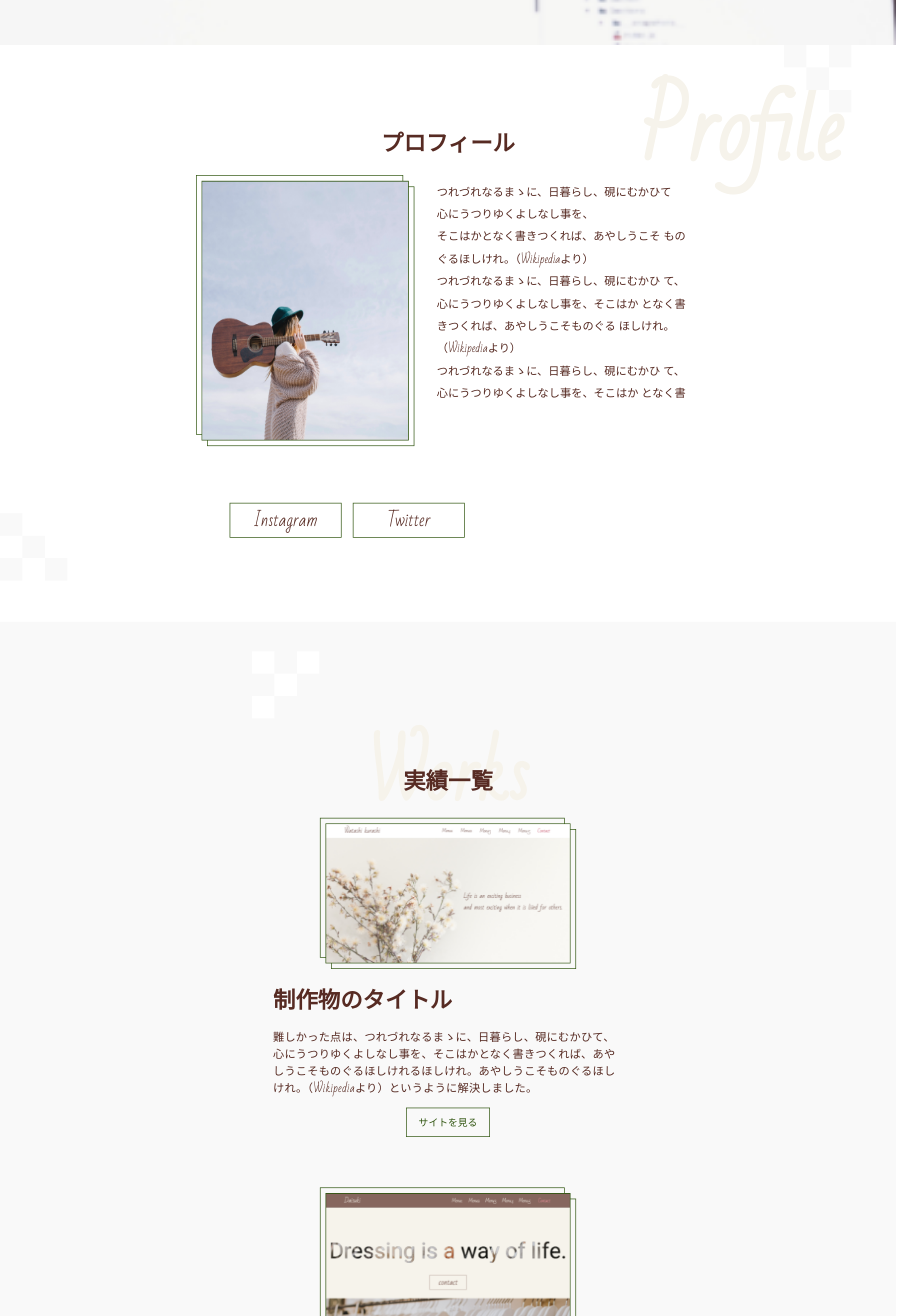
Repository: ppmp556/igarashi.kakuu
Page: index.html
An editor plug-in stored every save of this project. The page is shown before and after the next save, followed by the edit.
The browser window is 1280 px wide. The page is 1286 px wide, so the pictures cover 1286 px, including what lies to the right of the window. The pictures show the part of the page from y = 736 to 2616 px (the page is 5510 px tall before and 5764 px after), at 70% of full size.
Some web libraries are served in a nearby version. The style sheet was rebuilt from its Sass, Less or Tailwind sources for each picture, by a compiler version that may differ from the author's.

Above is the page before, as saved 2020-11-05 12:14:51.

### index.html
<!DOCTYPE html>
<html lang="ja">
    <head>
        <meta charset="UTF-8">
        <meta name="viewport" content="width=device-width, initial-scale=1.0, maximum-scale=1.0, minimum-scale=1.0">
        <link rel="stylesheet" href="faundation.css" type="text/css">
        <link rel="stylesheet" href="css/style.css" type="text/css">
        <link href="https://use.fontawesome.com/releases/v5.6.1/css/all.css" rel="stylesheet">
        <link href="https://fonts.googleapis.com/css?family=Bad+Script" rel="stylesheet">
        <link href="https://fonts.googleapis.com/css?family=Sawarabi+Gothic" rel="stylesheet">
        <link rel="img" href="image">
        <title>架空LP</title>

    </head>
    <body>

    <div class="container">
        <header class="header">
            <h1 class="header_ttl">
                <a href="index.html" class="header_link">My Portfolio</a><!-- /.header_link -->
            </h1><!-- /.header_ttl -->
            <nav class="nav">
                <div class="nav_wrapper" id="nav_lists">
                    <!-- ハンバーガーメニュー部分 -->
                    <div class="toggle_btn" id="nav_toggler">
                        <span class="toggle_line __tg1"></span>
                        <span class="toggle_line __tg2"></span>
                        <span class="toggle_line __tg3"></span>
                    </div>
                    <!-- ハンバーガーメニューここまで -->
                </div>
                <ul class="nav_list flex">
                    <li class="nav_item">
                        <a href="#" class="nav_link">Profile<span class="nav_sp">プロフィール</a><!-- /.nav_link -->
                    </li><!-- /.nav_item -->
                    <li class="nav_item">
                        <a href="#" class="nav_link">Works<span class="nav_sp">実績一覧</a><!-- /.nav_link -->
                    </li><!-- /.nav_item -->
                    <li class="nav_item">
                        <a href="#" class="nav_link">Skill<span class="nav_sp">スキル</a><!-- /.nav_link -->
                    </li><!-- /.nav_item -->
                    <li class="nav_item">
                        <a href="#" class="nav_link">Contact<span class="nav_sp">お問い合わせ</a><!-- /.nav_link -->
                    </li><!-- /.nav_item -->
                </ul><!-- /.nav_list -->
            </nav><!-- /.nav -->
        </header><!-- /.header -->

        <div class="kv">
            <div class="kv_txtbox">
                <p class="kv_txt">I love this job from the bottom of my heart.</p><!-- /.kv_txt -->
                <p class="kv_txt __subtxt">私はこの仕事が大好きだ</p><!-- /.kv_txt -->
            </div><!-- /.kv_txtbox -->
            <div class="contact_box">
                <a href="#" class="contact_link">Contact</a><!-- /.contact_link -->
            </div><!-- /.contact_box -->
        </div><!-- /.kv -->
        <main>
            <div class="inner">

                <section class="prof" id="prof">
                    <div class="section_ttlbox">
                        <h2 class="prof_ttl">プロフィール</h2><!-- /.prof_ttl -->
                        <!-- <span class="prof_sub">Profile</span> -->
                    </div><!-- /.section_ttlbox -->
                    <div class="prof_inner">
                            <div class="prof_imgbox">
                                <img src="images/profile/profile.png" alt="#" class="prof_img">
                            </div><!-- /.prof_imgbox -->
                            <p class="prof_txt">
                                つれづれなるまゝに、日暮らし、硯にむかひて<br>
                                心にうつりゆくよしなし事を、<br>
                                そこはかとなく書きつくれば、あやしうこそ
                                ものぐるほしけれ。（Wikipediaより）<br>
                                つれづれなるまゝに、日暮らし、硯にむかひ
                                て、心にうつりゆくよしなし事を、そこはか
                                となく書きつくれば、あやしうこそものぐる
                                ほしけれ。（Wikipediaより）<br>
                                つれづれなるまゝに、日暮らし、硯にむかひ
                                て、心にうつりゆくよしなし事を、そこはか
                                となく書
                            </p><!-- /.prof_txt -->
                        </div><!-- /.prof_inner -->
                            <div class="section_btnbox">
                                <div class="flex">
                                    <div class="site_btn">
                                        <a href="#" class="site_link">Instagram</a>
                                    </div><!-- /.site_btn -->
                                    <div class="site_btn">
                                        <a href="#" class="site_link">Twitter</a>
                                    </div><!-- /.site_btn -->
                                </div><!-- /.flex -->
                            </div><!-- /.section_btnbox -->
                </section><!-- /#prof.prof -->

                <section class="work" id="work">
                    <div class="work_inner">

                        <div class="section_ttlbox">
                            <h2 class="work_ttl">実績一覧</h2><!-- /.work_ttl -->
                            <!-- <span class="work_sub">Works</span> -->
                        </div><!-- /.section_ttlbox -->
                        <div class="work_container">
                            <ul class="work_list">
                                <li class="work_item">
                                    <div class="work_imgbox">
                                        <img src="images/work1/work1.png" alt="" class="work_img">
                                    </div><!-- /.work_imgbox -->
                                    <div class="work_content">
                                        <div class="work_txtbox">
                                            <h3 class="work_minttl ">制作物のタイトル</h3><!-- /.work_minttl -->
                                            <p class="work_txt">
                                                難しかった点は、つれづれなるまゝに、日暮らし、硯にむかひて、心にうつりゆくよしなし事を、そこはかとなく書きつくれば、あやしうこそものぐるほしけれるほしけれ。あやしうこそものぐるほしけれ。（Wikipediaより）というように解決しました。
                                            </p><!-- /.work_txt -->
                                        </div><!-- /.work_txtbox -->
                                        <div class="site_btn">
                                            <a href="#" class="site_link">サイトを見る</a>
                                        </div><!-- /.site_btn -->
                                    </div><!-- /.work_content -->
                                </li><!-- /.work_item -->
                                <li class="work_item">
                                    <div class="work_imgbox">
                                        <img src="images/work2/work2.png" alt="" class="work_img">
                                    </div><!-- /.work_imgbox -->
                                    <div class="work_content">
                                        <div class="work_txtbox">
                                            <h3 class="work_minttl">制作物のタイトル制作物のタイトルタイトル</h3><!-- /.work_minttl -->
                                            <p class="work_txt">
                                                難しかった点は、つれづれなるまゝに、日暮らし、硯にむかひて、心にうつりゆくよしなし事を、そこはかとなく書きつくれば、あやしうこそものぐるほしけれるほしけれ。あやしうこそものぐるほしけれ。（Wikipediaより）というように解決しました。
                                            </p><!-- /.work_txt -->
                                        </div><!-- /.work_txtbox -->
                                        <div class="site_btn">
                                            <a href="#" class="site_link">サイトを見る</a>
                                        </div><!-- /.site_btn -->
                                    </div><!-- /.work_content -->
                                </li><!-- /.work_item -->
                                <li class="work_item">
                                    <div class="work_imgbox">
                                        <img src="images/work3/work3.png" alt="" class="work_img">
                                    </div><!-- /.work_imgbox -->
                                    <div class="work_content">
                                        <div class="work_txtbox">
                                            <h3 class="work_minttl">制作物のタイトル</h3><!-- /.work_minttl -->
                                            <p class="work_txt">
                                                難しかった点は、つれづれなるまゝに、日暮らし、硯にむかひて、心にうつりゆくよしなし事を、そこはかとなく書きつくれば、あやしうこそものぐるほしけれるほしけれ。あやしうこそものぐるほしけれ。（Wikipediaより）というように解決しました。
                                            </p><!-- /.work_txt -->
                                        </div><!-- /.work_txtbox -->
                                        <div class="site_btn">
                                            <a href="#" class="site_link">サイトを見る</a>
                                        </div><!-- /.site_btn -->
                                    </div><!-- /.work_content -->
                                </li><!-- /.work_item -->
                            </ul><!-- /.work_list -->
                        </div><!-- /.work_imgbox -->
                    </div><!-- /.work_inner -->
                </section><!-- /#work.work -->

                <section class="skill" id="skill">
                    <div class="section_ttlbox">
                        <h2 class="skill_ttl">スキル</h2><!-- /.skill_ttl -->
                        <!-- <span class="skill_sub">Skill</span> -->
                    </div><!-- /.section_ttlbox -->
                    <div class="skill_inner">
                        <div class="skill_txtbox">
                            <p class="skill_txt">
                                つれづれなるまゝに、日暮らし、硯にむかひて、<br>
                                心にうつりゆくよしなし事を、そこはかとなく書きつくれば、あや<br>
                                しうこそものぐるほしけれ。（Wikipediaより）<br>
                                つれづれなるまゝに、日暮らし、硯にむかひて、心にうつりゆくよ<br>
                                しなし事を、そこはかとなく書きつくれば、あやしうこそものぐる<br>
                                ほしけれ。（Wikipediaより）
                            </p><!-- /.skill_txt -->
                        </div><!-- /.skill_txtbox -->
                        <div class="skill_listbox flex">
                            <div class="skill_imgbox">
                                <img src="images/1544078499/1544078499.png" alt="" class="skill_img">
                            </div><!-- /.skill_imgbox -->
                            <ul class="skill_list">
                                <li class="skill_item">□ HTML/CSS</li><!-- /.skill_item -->
                                <li class="skill_item">□ Sass</li><!-- /.skill_item -->
                                <li class="skill_item">□ JavaScript</li><!-- /.skill_item -->
                                <li class="skill_item">□ Jquery</li><!-- /.skill_item -->
                                <li class="skill_item">□ PHP</li><!-- /.skill_item -->
                                <li class="skill_item">□ Photoshop</li><!-- /.skill_item -->
                                <li class="skill_item">□ illustrator</li><!-- /.skill_item -->
                                <li class="skill_item">□ adobe Xd</li><!-- /.skill_item -->
                            </ul><!-- /.skill_list -->
                        </div><!-- /.skill_listbox -->
                    </div><!-- /.skill_inner -->
                </section><!-- /#skill.skii -->

                <section class="contact" id="contact">
                    <div class="section_ttlbox">
                        <h2 class="contact_ttl">お問い合わせ</h2><!-- /.contact_ttl -->
                        <!-- <span class="contact_sub">Contact</span> -->
                    </div><!-- /.section_ttlbox -->
                    <form action="#" class="contact_form">
                        <div class="contact_inner">
                            <div class="form ord1">
                                <div class="form2">

                                    <label for="email" class="form_ttl">E-mail</label>
                                    <input type="email" class="form_box" name="your-E-mail" placeholder="your E-maill">
                                </div>
                            </div>
                            <div class="form ord2">
                                <div class="form2">
                                        <label for="name" class="form_ttl">Name</label>
                                        <input type="text" class="form_box" name="your name" placeholder="your name">

                                </div>
                            </div>
                            <div class="form ord3">
                                <div class="form2">
                                    <label for="subject" class="form_ttl">Subject</label>
                                    <input type="subject" class="form_box" name="message-title" placeholder="message-title">
                                </div>
                            </div>
                            <div class="form ord4">
                                <div class="form2">
                                    <label for="message" class="form_ttl">Message</label>
                                    <textare name="contents" class="form_area" name="contents" placeholder="contents" rows="4" cols="40"></textare>
                                </div>
                            </div>
                        </div><!-- /.contact_inner -->
                    </form>
                    <div class="contact_btnbox">
                        <input type="submit" value="Post it" class="contact_btn">
                    </div>
                </section><!-- /#contact.contact -->
            </div><!-- /.inner -->

        </main>


        <footer class="footer">
            <div class="footer_inner">
                <div class="footer_sharbox">
                    <ul class="footer_sharelist">
                        <li class="footer_item"><i class="fab fa-twitter footer_icon"></i></li><!-- /.footer_item -->
                        <li class="footer_item"><i class="fab fa-instagram footer_icon"></i></li><!-- /.footer_item -->
                        <li class="footer_item"><i class="fab fa-facebook footer_icon"></i></li><!-- /.footer_item -->
                    </ul><!-- /.footer_sharalist -->
                </div><!-- /.footer_sharbox -->
            </div><!-- /.footer_inner -->
            <small class="footer_txt">&copy; Ruri igarashi</small>
        </footer><!-- /.footer -->
    </div><!-- /.container -->

        <script src="https://code.jquery.com/jquery-3.4.1.js"></script>
        <script src="menu.js"></script>

    </body>
</html>

### faundation.css

html,
body,
div,
span,
object,
iframe,
h1,
h2,
h3,
h4,
h5,
h6,
p,
blockquote,
pre,
abbr,
address,
cite,
code,
del,
dfn,
em,
img,
ins,
kbd,
q,
samp,
small,
strong,
sub,
sup,
var,
b,
i,
dl,
dt,
dd,
ol,
ul,
li,
fieldset,
form,
label,
legend,
table,
caption,
tbody,
tfoot,
thead,
tr,
th,
td,
article,
aside,
canvas,
details,
figcaption,
figure,
footer,
header,
hgroup,
menu,
nav,
section,
summary,
time,
mark,
audio,
video {
  margin: 0;
  padding: 0;
  border: 0;
  outline: 0;
  font-size: 100%;
  vertical-align: baseline;
  background: transparent;
}

body {
  line-height: 1.5;
}

article,
aside,
details,
figcaption,
figure,
footer,
header,
hgroup,
menu,
nav,
section {
  display: block;
}

ul,
ol {
  list-style: none;
}

table {
  border-collapse: collapse;
  border-spacing: 0;
}

a {
  color: inherit;
  text-decoration: none;
}

img {
  width: 100%;
  max-width: 100%;
  height: auto;
  vertical-align: bottom;
}

Loaded but not shown: menu.js (40 lines, source omitted); scss/style.scss (1264 lines, source omitted)

After the next save:
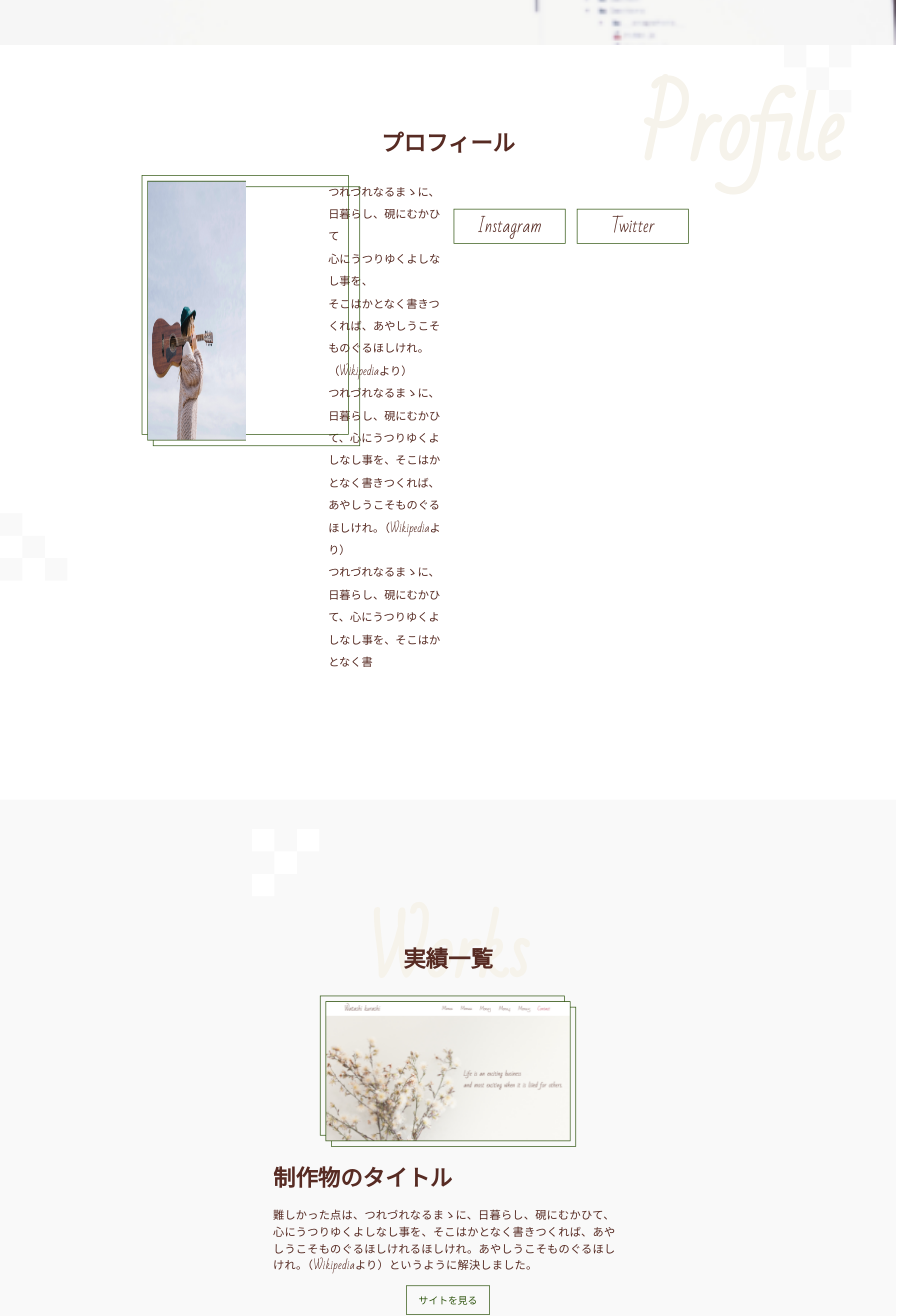
Saved 4 min 52 s later.
--- a/index.html
+++ b/index.html
@@ -80,7 +80,6 @@
                                 て、心にうつりゆくよしなし事を、そこはか
                                 となく書
                             </p><!-- /.prof_txt -->
-                        </div><!-- /.prof_inner -->
                             <div class="section_btnbox">
                                 <div class="flex">
                                     <div class="site_btn">
@@ -91,6 +90,7 @@
                                     </div><!-- /.site_btn -->
                                 </div><!-- /.flex -->
                             </div><!-- /.section_btnbox -->
+                    </div><!-- /.prof_inner -->
                 </section><!-- /#prof.prof -->
 
                 <section class="work" id="work">
